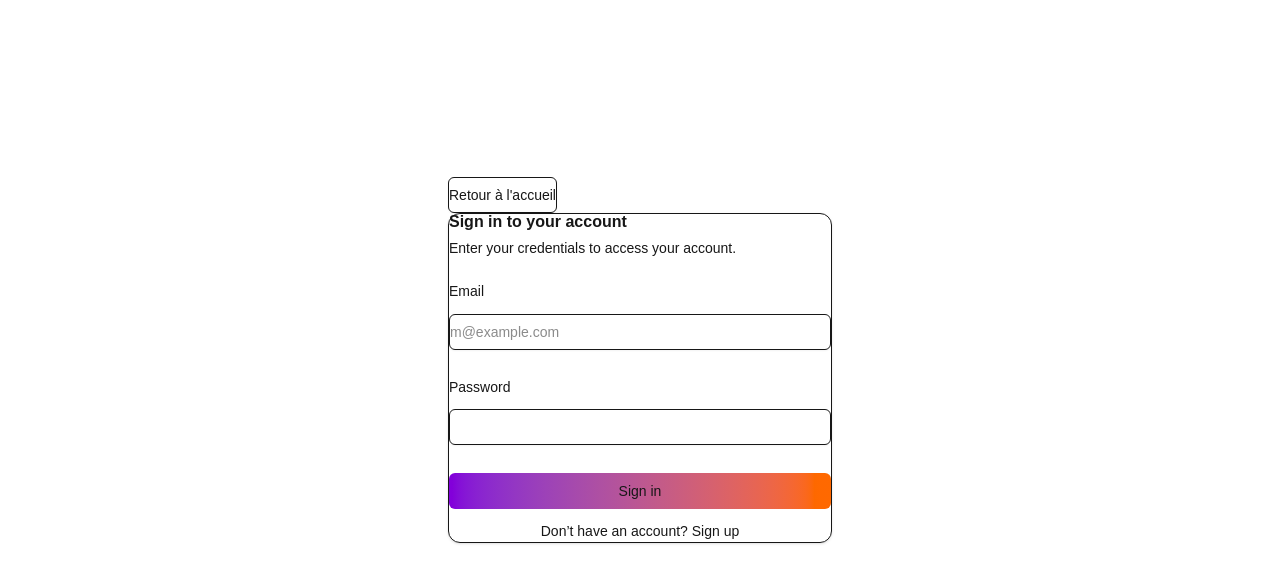
Repository: Daoudbamba/epitalk
Page: /login (app in frontend/real-time-chat/)
An editor plug-in stored every save of this project. The page is shown before and after the next save, followed by the edit.
The browser window is 1280 px wide. The pictures show the whole page.
The project was rebuilt for these pictures with package versions that can differ from the ones it lists, and the page was loaded fresh each time. The framework's server and built-in components were replaced by stand-ins that run in the browser. Also part of the build but not shown: frontend/real-time-chat/next.config.ts, frontend/real-time-chat/components/ui/separator.tsx.

Above is the page before, as saved 2026-03-21 12:58:14.

### frontend/real-time-chat/app/(auth)/layout.tsx
"use client";

import { useEffect, useState } from "react";
import { useRouter } from "next/navigation";
import { authApi } from "@/lib/api";
import { useAuthStore } from "@/store/auth.store";

export default function AuthLayout({
  children,
}: {
  children: React.ReactNode;
}) {
  const router = useRouter();
  const token = useAuthStore((s) => s.token);
  const hasHydrated = useAuthStore((s) => s.hasHydrated);
  const [isChecking, setIsChecking] = useState(true);

  useEffect(() => {
    let cancelled = false;

    const checkSession = async () => {
      if (!hasHydrated) {
        return;
      }

      if (!token) {
        if (!cancelled) setIsChecking(false);
        return;
      }

      try {
        await authApi.me();
        if (!cancelled) {
          router.replace("/servers");
        }
      } catch {
        if (!cancelled) setIsChecking(false);
      }
    };

    void checkSession();

    return () => {
      cancelled = true;
    };
  }, [hasHydrated, router, token]);

  if (isChecking) {
    return (
      <div className="min-h-screen flex items-center justify-center text-sm text-zinc-500">
        Verification de session...
      </div>
    );
  }

  return (
    <div className="min-h-screen flex items-center justify-center">
      {children}
    </div>
  );
}

### frontend/real-time-chat/app/(auth)/login/page.tsx
"use client"

import Link from "next/link";
import { LoginForm } from "@/components/forms/login-form";

export default function Page() {
  return (
    <div className="flex min-h-svh w-full items-center justify-center p-6 md:p-10">
      <div className="w-full max-w-sm">
        <Link
          href="/"
          className="mb-4 inline-flex h-9 items-center justify-center rounded-md border border-input bg-background px-4 py-2 text-sm font-medium shadow-xs transition-colors hover:bg-accent hover:text-accent-foreground"
        >
          Retour à l&apos;accueil
        </Link>
        <LoginForm />
      </div>
    </div>
  );
}

### frontend/real-time-chat/app/globals.css
@import "tailwindcss";

:root {
  --background: #ffffff;
  --foreground: #171717;
}

@media (prefers-color-scheme: dark) {
  :root {
    --background: #0a0a0a;
    --foreground: #ededed;
  }
}

html,
body {
  max-width: 100vw;
  overflow-x: hidden;
}

body {
  color: var(--foreground);
  background: var(--background);
  font-family: Arial, Helvetica, sans-serif;
  -webkit-font-smoothing: antialiased;
  -moz-osx-font-smoothing: grayscale;
}

* {
  box-sizing: border-box;
  padding: 0;
  margin: 0;
}

a {
  color: inherit;
  text-decoration: none;
}

### frontend/real-time-chat/app/providers.tsx
"use client";

import React from "react";
import { LanguageProvider } from "@/components/language-provider";

export function Providers({
  children,
}: {
  children: React.ReactNode;
}) {
  return <LanguageProvider>{children}</LanguageProvider>;
}

### frontend/real-time-chat/app/theme-initializer.tsx
"use client";

import { useEffect } from "react";
import { useAppearanceStore } from "@/store/appearance.store";

const FONT_SIZE_MAP = { sm: "14px", base: "16px", lg: "18px", xl: "20px" } as const;

export function ThemeInitializer() {
  const theme = useAppearanceStore((s) => s.theme);
  const fontSize = useAppearanceStore((s) => s.fontSize);

  useEffect(() => {
    const root = document.documentElement;
    root.classList.remove("light", "ash", "dim", "dark");
    if (theme !== "light") {
      root.classList.add(theme);
    }
  }, [theme]);

  useEffect(() => {
    document.documentElement.style.setProperty("--chat-font-size", FONT_SIZE_MAP[fontSize]);
  }, [fontSize]);

  return null;
}

### frontend/real-time-chat/lib/api/index.ts
import { FetchClient } from "./fetchClient";
import { AuthAPI } from "./auth.api";
import { createServersApi } from "./servers.api";
import { createChannelsApi } from "./channels.api";
import { createMessagesApi } from "./messages.api";
import { createDmApi } from "./dm.api";

const API_BASE_URL = process.env.NEXT_PUBLIC_API_URL || "http://localhost:3001";

const client = new FetchClient(`${API_BASE_URL}/api`);

export const authApi = new AuthAPI(client);
export const serversApi = createServersApi(client);
export const channelsApi = createChannelsApi(client);
export const messagesApi = createMessagesApi(client);
export const dmApi = createDmApi(client);

### frontend/real-time-chat/store/auth.store.ts
import { create } from "zustand";
import { persist } from "zustand/middleware";
import type { User, AuthResponse } from "@/lib/api/schemas/auth.schema";

type AuthState = {
  user: User | null;
  token: string | null;
  isAuthenticated: boolean;
  hasHydrated: boolean;

  // Actions
  setAuth: (response: AuthResponse) => void;
  logout: () => void;
  setUser: (user: User) => void;
  setHasHydrated: (value: boolean) => void;
};

export const useAuthStore = create<AuthState>()(
  persist(
    (set) => ({
      user: null,
      token: null,
      isAuthenticated: false,
      hasHydrated: false,

      setAuth: (response: AuthResponse) => {
        // Stocker le token dans localStorage pour fetchClient
        if (typeof window !== "undefined") {
          localStorage.setItem("token", response.token);
        }
        set({
          user: response.user,
          token: response.token,
          isAuthenticated: true,
        });
      },

      logout: () => {
        if (typeof window !== "undefined") {
          localStorage.removeItem("token");
          // Clear persisted store
          localStorage.removeItem("auth-storage");
        }
        set({
          user: null,
          token: null,
          isAuthenticated: false,
        });
      },

      setUser: (user: User) => set({ user }),
      setHasHydrated: (value: boolean) => set({ hasHydrated: value }),
    }),
    {
      name: "auth-storage",
      partialize: (state) => ({
        user: state.user,
        token: state.token,
        isAuthenticated: state.isAuthenticated,
      }),
      onRehydrateStorage: () => (state) => {
        state?.setHasHydrated(true);
      },
    }
  )
);

### frontend/real-time-chat/components/language-provider.tsx
"use client";

import React, { createContext, useContext, useState } from "react";
import {
  DEFAULT_LANGUAGE,
  getTranslations,
  type Language,
  type Translations,
} from "@/lib/i18n";

const STORAGE_KEY = "epitalk_language";

type LanguageContextValue = {
  language: Language;
  setLanguage: (language: Language) => void;
  translations: Translations;
};

const LanguageContext = createContext<LanguageContextValue | undefined>(
  undefined,
);

export function LanguageProvider({
  children,
}: {
  children: React.ReactNode;
}) {
  const [language, setLanguageState] = useState<Language>(() => {
    if (typeof window === "undefined") {
      return DEFAULT_LANGUAGE;
    }

    const stored = window.localStorage.getItem(STORAGE_KEY);
    if (stored === "fr" || stored === "en") {
      return stored;
    }

    const browserLang = window.navigator.language.slice(0, 2);
    if (browserLang === "fr" || browserLang === "en") {
      return browserLang;
    }

    return DEFAULT_LANGUAGE;
  });

  const setLanguage = (next: Language) => {
    setLanguageState(next);
    if (typeof window !== "undefined") {
      window.localStorage.setItem(STORAGE_KEY, next);
    }
  };

  const value: LanguageContextValue = {
    language,
    setLanguage,
    translations: getTranslations(language),
  };

  return (
    <LanguageContext.Provider value={value}>
      {children}
    </LanguageContext.Provider>
  );
}

export function useLanguage() {
  const context = useContext(LanguageContext);
  if (!context) {
    throw new Error("useLanguage must be used within a LanguageProvider");
  }
  return context;
}

### frontend/real-time-chat/store/appearance.store.ts
"use client";

import { create } from "zustand";
import { persist } from "zustand/middleware";

export type Theme = "light" | "ash" | "dim" | "dark";
export type FontSize = "sm" | "base" | "lg" | "xl";

interface AppearanceState {
  theme: Theme;
  fontSize: FontSize;
  setTheme: (t: Theme) => void;
  setFontSize: (s: FontSize) => void;
}

export const useAppearanceStore = create<AppearanceState>()(
  persist(
    (set) => ({
      theme: "light",
      fontSize: "base",
      setTheme: (theme) => set({ theme }),
      setFontSize: (fontSize) => set({ fontSize }),
    }),
    { name: "epitalk-appearance" },
  ),
);

### frontend/real-time-chat/lib/api/auth.api.ts
import { FetchClient } from "./fetchClient";
import {
  LoginSchema,
  type LoginInput,
  RegisterSchema,
  type RegisterInput,
  UserSchema,
  type User,
  AuthResponseSchema,
  type AuthResponse,
} from "./schemas/auth.schema";

export class AuthAPI {
  private client: FetchClient;

  constructor(client: FetchClient) {
    this.client = client;
  }

  async register(data: RegisterInput): Promise<AuthResponse> {
    const validData = RegisterSchema.parse(data);
    const response = await this.client.post<AuthResponse>("/auth/register", validData);
    return AuthResponseSchema.parse(response);
  }

  async login(data: LoginInput): Promise<AuthResponse> {
    const validData = LoginSchema.parse(data);
    const response = await this.client.post<AuthResponse>("/auth/login", validData);
    return AuthResponseSchema.parse(response);
  }

  async me(): Promise<User> {
    const response = await this.client.get<User>("/auth/me");
    return UserSchema.parse(response);
  }

  async refresh(): Promise<AuthResponse> {
    const response = await this.client.post<AuthResponse>("/auth/refresh");
    return AuthResponseSchema.parse(response);
  }

  async logout(): Promise<void> {
    // Logout cote client - supprimer le token du localStorage
    if (typeof window !== "undefined") {
      localStorage.removeItem("token");
      localStorage.removeItem("auth-storage");
    }
  }
}

### frontend/real-time-chat/lib/api/channels.api.ts
import type { FetchClient } from "./fetchClient";
import type { Channel } from "./schemas/channels.schema";

export function createChannelsApi(client: FetchClient) {
  return {
    listByServer: (serverId: string) =>
      client.get<Channel[]>(`/servers/${serverId}/channels`),

    get: (serverId: string, channelId: string) =>
      client.get<Channel>(`/servers/${serverId}/channels/${channelId}`),

    create: (serverId: string, name: string) =>
      client.post<Channel>(`/servers/${serverId}/channels`, { name }),

    delete: (serverId: string, channelId: string) =>
      client.delete<Channel>(`/servers/${serverId}/channels/${channelId}`),
  };
}

### frontend/real-time-chat/lib/api/messages.api.ts
import type { FetchClient } from "./fetchClient";
import { MessageListSchema, MessageSchema, type Message } from "./schemas/messages.schema";

export function createMessagesApi(client: FetchClient) {
  return {
    list: async (serverId: string, channelId: string): Promise<Message[]> => {
      const data = await client.get<Message[]>(
        `/servers/${serverId}/channels/${channelId}/messages`
      );
      return MessageListSchema.parse(data);
    },

    search: async (
      serverId: string,
      channelId: string,
      query: string,
      page = 1,
      perPage = 50
    ): Promise<Message[]> => {
      const q = encodeURIComponent(query.trim());
      const data = await client.get<Message[]>(
        `/servers/${serverId}/channels/${channelId}/messages/search?q=${q}&page=${page}&per_page=${perPage}`
      );
      return MessageListSchema.parse(data);
    },

    listPinned: async (
      serverId: string,
      channelId: string,
      page = 1,
      perPage = 50
    ): Promise<Message[]> => {
      const data = await client.get<Message[]>(
        `/servers/${serverId}/channels/${channelId}/messages/pinned?page=${page}&per_page=${perPage}`
      );
      return MessageListSchema.parse(data);
    },

    send: async (
      serverId: string,
      channelId: string,
      content: string
    ): Promise<Message> => {
      const data = await client.post<Message>(
        `/servers/${serverId}/channels/${channelId}/messages`,
        { content }
      );
      return MessageSchema.parse(data);
    },

    edit: async (
      serverId: string,
      channelId: string,
      messageId: string,
      content: string
    ): Promise<Message> => {
      const data = await client.patch<Message>(
        `/servers/${serverId}/channels/${channelId}/messages/${messageId}`,
        { content }
      );
      return MessageSchema.parse(data);
    },

    pin: async (serverId: string, channelId: string, messageId: string): Promise<void> => {
      await client.post<{ pinned: boolean }>(
        `/servers/${serverId}/channels/${channelId}/messages/${messageId}/pin`
      );
    },

    unpin: async (serverId: string, channelId: string, messageId: string): Promise<void> => {
      await client.delete<{ unpinned: boolean }>(
        `/servers/${serverId}/channels/${channelId}/messages/${messageId}/pin`
      );
    },
  };
}

### frontend/real-time-chat/lib/api/dm.api.ts
import type { FetchClient } from "./fetchClient";

export interface DmConversation {
  conversation_id: string;
  peer_id: string;
  peer_username: string;
  last_message: string;
  last_message_at: string;
}

export function createDmApi(client: FetchClient) {
  return {
    listConversations: () =>
      client.get<DmConversation[]>("/dm/conversations"),
  };
}

### frontend/real-time-chat/components/ui/button.tsx
import * as React from "react"
import { cva, type VariantProps } from "class-variance-authority"
import { Slot } from "radix-ui"

import { cn } from "@/lib/utils"

const buttonVariants = cva(
  "inline-flex items-center justify-center gap-2 whitespace-nowrap rounded-md text-sm font-medium transition-all disabled:pointer-events-none disabled:opacity-50 [&_svg]:pointer-events-none [&_svg:not([class*='size-'])]:size-4 shrink-0 [&_svg]:shrink-0 outline-none focus-visible:border-ring focus-visible:ring-ring/50 focus-visible:ring-[3px] aria-invalid:ring-destructive/20 dark:aria-invalid:ring-destructive/40 aria-invalid:border-destructive",
  {
    variants: {
      variant: {
        default: "bg-primary text-primary-foreground hover:bg-primary/90",
        destructive:
          "bg-destructive text-white hover:bg-destructive/90 focus-visible:ring-destructive/20 dark:focus-visible:ring-destructive/40 dark:bg-destructive/60",
        outline:
          "border bg-background shadow-xs hover:bg-accent hover:text-accent-foreground dark:bg-input/30 dark:border-input dark:hover:bg-input/50",
        secondary:
          "bg-secondary text-secondary-foreground hover:bg-secondary/80",
        ghost:
          "hover:bg-accent hover:text-accent-foreground dark:hover:bg-accent/50",
        link: "text-primary underline-offset-4 hover:underline",
      },
      size: {
        default: "h-9 px-4 py-2 has-[>svg]:px-3",
        xs: "h-6 gap-1 rounded-md px-2 text-xs has-[>svg]:px-1.5 [&_svg:not([class*='size-'])]:size-3",
        sm: "h-8 rounded-md gap-1.5 px-3 has-[>svg]:px-2.5",
        lg: "h-10 rounded-md px-6 has-[>svg]:px-4",
        icon: "size-9",
        "icon-xs": "size-6 rounded-md [&_svg:not([class*='size-'])]:size-3",
        "icon-sm": "size-8",
        "icon-lg": "size-10",
      },
    },
    defaultVariants: {
      variant: "default",
      size: "default",
    },
  }
)

function Button({
  className,
  variant = "default",
  size = "default",
  asChild = false,
  ...props
}: React.ComponentProps<"button"> &
  VariantProps<typeof buttonVariants> & {
    asChild?: boolean
  }) {
  const Comp = asChild ? Slot.Root : "button"

  return (
    <Comp
      data-slot="button"
      data-variant={variant}
      data-size={size}
      className={cn(buttonVariants({ variant, size, className }))}
      {...props}
    />
  )
}

export { Button, buttonVariants }

### frontend/real-time-chat/components/ui/card.tsx
import * as React from "react"

import { cn } from "@/lib/utils"

function Card({ className, ...props }: React.ComponentProps<"div">) {
  return (
    <div
      data-slot="card"
      className={cn(
        "bg-card text-card-foreground flex flex-col gap-6 rounded-xl border py-6 shadow-sm",
        className
      )}
      {...props}
    />
  )
}

function CardHeader({ className, ...props }: React.ComponentProps<"div">) {
  return (
    <div
      data-slot="card-header"
      className={cn(
        "@container/card-header grid auto-rows-min grid-rows-[auto_auto] items-start gap-2 px-6 has-data-[slot=card-action]:grid-cols-[1fr_auto] [.border-b]:pb-6",
        className
      )}
      {...props}
    />
  )
}

function CardTitle({ className, ...props }: React.ComponentProps<"div">) {
  return (
    <div
      data-slot="card-title"
      className={cn("leading-none font-semibold", className)}
      {...props}
    />
  )
}

function CardDescription({ className, ...props }: React.ComponentProps<"div">) {
  return (
    <div
      data-slot="card-description"
      className={cn("text-muted-foreground text-sm", className)}
      {...props}
    />
  )
}

function CardAction({ className, ...props }: React.ComponentProps<"div">) {
  return (
    <div
      data-slot="card-action"
      className={cn(
        "col-start-2 row-span-2 row-start-1 self-start justify-self-end",
        className
      )}
      {...props}
    />
  )
}

function CardContent({ className, ...props }: React.ComponentProps<"div">) {
  return (
    <div
      data-slot="card-content"
      className={cn("px-6", className)}
      {...props}
    />
  )
}

function CardFooter({ className, ...props }: React.ComponentProps<"div">) {
  return (
    <div
      data-slot="card-footer"
      className={cn("flex items-center px-6 [.border-t]:pt-6", className)}
      {...props}
    />
  )
}

export {
  Card,
  CardHeader,
  CardFooter,
  CardTitle,
  CardAction,
  CardDescription,
  CardContent,
}

### frontend/real-time-chat/components/ui/input.tsx
import * as React from "react"

import { cn } from "@/lib/utils"

function Input({ className, type, ...props }: React.ComponentProps<"input">) {
  return (
    <input
      type={type}
      data-slot="input"
      className={cn(
        "file:text-foreground placeholder:text-muted-foreground selection:bg-primary selection:text-primary-foreground dark:bg-input/30 border-input h-9 w-full min-w-0 rounded-md border bg-transparent px-3 py-1 text-base shadow-xs transition-[color,box-shadow] outline-none file:inline-flex file:h-7 file:border-0 file:bg-transparent file:text-sm file:font-medium disabled:pointer-events-none disabled:cursor-not-allowed disabled:opacity-50 md:text-sm",
        "focus-visible:border-ring focus-visible:ring-ring/50 focus-visible:ring-[3px]",
        "aria-invalid:ring-destructive/20 dark:aria-invalid:ring-destructive/40 aria-invalid:border-destructive",
        className
      )}
      {...props}
    />
  )
}

export { Input }

### frontend/real-time-chat/lib/i18n.ts
export type Language = "fr" | "en";

export const DEFAULT_LANGUAGE: Language = "fr";

export const translations = {
  fr: {
    nav: {
      about: "À Propos",
      features: "Fonctionnalités",
      solution: "Solution",
      pricing: "Tarifs",
      signIn: "Connexion",
      signUp: "Inscription",
      joinServer: "Rejoindre un serveur",
    },
    hero: {
      title: "Connecter, discuter, partager.",
      subtitle:
        "EpiTalk est une plateforme de discussion en temps réel pensée pour créer, organiser et faire grandir des communautés modernes.",
      ctaPrimary: "Créer mon premier serveur",
    },
    stats: {
      activitiesTitle: "Activités",
      currentYearDescription:
        "Cette année, les échanges sur EpiTalk sont plus actifs que l’an dernier.",
      messagesPerDay: "messages / jour",
      currentYearLabel: "2026",
      previousYearLabel: "2025",
    },
  },
  en: {
    nav: {
      about: "About",
      features: "Features",
      solution: "Solution",
      pricing: "Pricing",
      signIn: "Sign in",
      signUp: "Sign up",
      joinServer: "Join a server",
    },
    hero: {
      title: "Connect, chat, share.",
      subtitle:
        "EpiTalk is a real-time messaging platform designed to create, organize, and grow modern communities.",
      ctaPrimary: "Create my first server",
    },
    stats: {
      activitiesTitle: "Activity",
      currentYearDescription:
        "This year, conversations on EpiTalk are more active than last year.",
      messagesPerDay: "messages / day",
      currentYearLabel: "2026",
      previousYearLabel: "2025",
    },
  },
} as const;

export type Translations = (typeof translations)[Language];

export function getTranslations(language: Language): Translations {
  if (language in translations) {
    return translations[language as keyof typeof translations] as Translations;
  }

  return translations[DEFAULT_LANGUAGE] as Translations;
}

### frontend/real-time-chat/lib/api/schemas/auth.schema.ts
import { z } from "zod";

// Ce que l'utilisateur ENVOIE pour se connecter
export const LoginSchema = z.object({
  email: z.string().email(),
  password: z.string().min(1),
});

export type LoginInput = z.infer<typeof LoginSchema>;

// Ce que l'utilisateur ENVOIE pour s'inscrire
// Le backend exige: min 8 chars, 1 majuscule, 1 chiffre, 1 caractère spécial
export const RegisterSchema = z.object({
  email: z.string().email("Email invalide"),
  username: z.string().min(3, "Minimum 3 caractères").max(32, "Maximum 32 caractères"),
  password: z
    .string()
    .min(8, "Minimum 8 caractères")
    .regex(/[A-Z]/, "Doit contenir au moins une majuscule")
    .regex(/[0-9]/, "Doit contenir au moins un chiffre")
    .regex(/[^A-Za-z0-9]/, "Doit contenir au moins un caractère spécial"),
});

export type RegisterInput = z.infer<typeof RegisterSchema>;

// Ce que le backend RENVOIE pour l'utilisateur
export const UserSchema = z.object({
  id: z.string(),
  username: z.string(),
  email: z.string(),
  created_at: z.string().optional(),
});

export type User = z.infer<typeof UserSchema>;

// Ce que le backend RENVOIE apres login/register
export const AuthResponseSchema = z.object({
  token: z.string(),
  token_type: z.string(),
  expires_in: z.number(),
  user: UserSchema,
});

export type AuthResponse = z.infer<typeof AuthResponseSchema>;

### frontend/real-time-chat/lib/api/schemas/messages.schema.ts
import { z } from "zod";

// Message schema - matches planned MongoDB document structure
// Backend will use snake_case: channel_id, server_id, author_id, created_at
export const MessageSchema = z.object({
  id: z.string(), // MongoDB ObjectId as string
  channel_id: z.string(),
  server_id: z.string(),
  author_id: z.string(),
  username: z.string(), // Denormalized for display
  content: z.string(),
  created_at: z.string(),
  deleted_at: z.string().nullable().optional(),
});

export const MessageListSchema = z.array(MessageSchema);

export type Message = z.infer<typeof MessageSchema>;

Loaded but not shown: frontend/real-time-chat/app/layout.tsx (common file); frontend/real-time-chat/lib/utils.ts (common file); frontend/real-time-chat/components/ui/label.tsx (common file); frontend/real-time-chat/components/ui/field.tsx (248 lines, source omitted); frontend/real-time-chat/lib/api/errors.ts (146 lines, source omitted); frontend/real-time-chat/lib/api/fetchClient.ts (201 lines, source omitted); frontend/real-time-chat/components/forms/login-form.tsx (140 lines, source omitted); frontend/real-time-chat/lib/api/servers.api.ts (72 lines, source omitted)

After the next save:
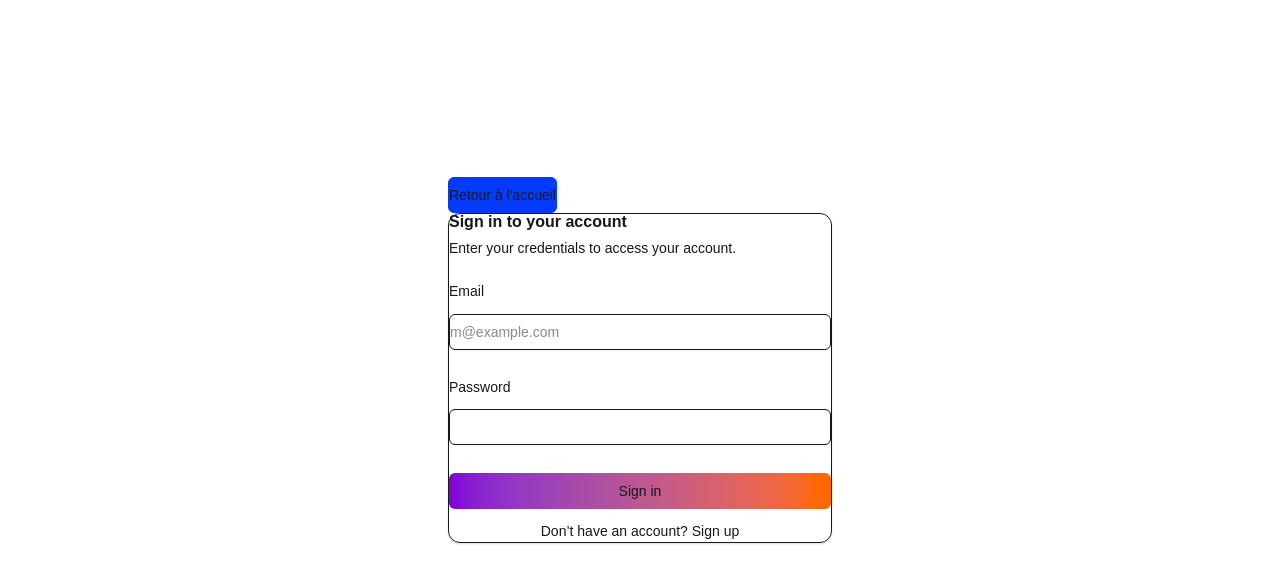
Saved 13 min 0 s later.
--- a/frontend/real-time-chat/app/(auth)/login/page.tsx
+++ b/frontend/real-time-chat/app/(auth)/login/page.tsx
@@ -9,7 +9,7 @@ export default function Page() {
       <div className="w-full max-w-sm">
         <Link
           href="/"
-          className="mb-4 inline-flex h-9 items-center justify-center rounded-md border border-input bg-background px-4 py-2 text-sm font-medium shadow-xs transition-colors hover:bg-accent hover:text-accent-foreground"
+          className="mb-4 inline-flex h-9 items-center justify-center rounded-md border border-[#023BFC] bg-[#023BFC] px-4 py-2 text-sm font-medium text-white shadow-xs transition-colors hover:bg-[#0B33C9]"
         >
           Retour à l&apos;accueil
         </Link>
